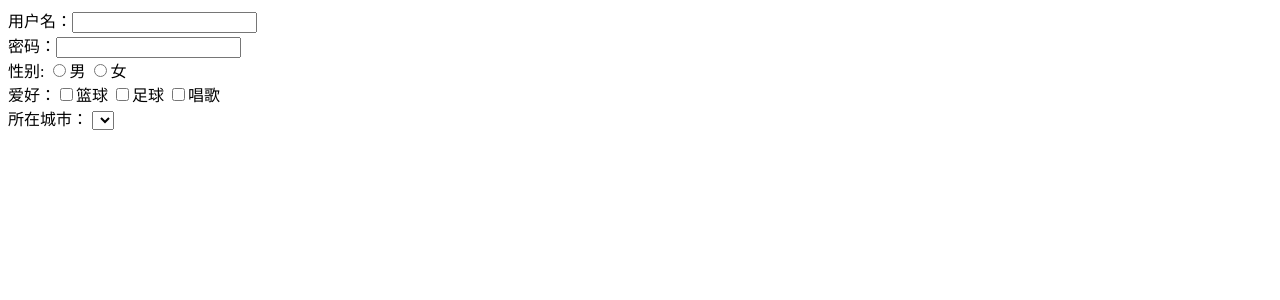
Repository: zhenyusu/j2eeDemo
Page: day09_01_HttpServletRequest/WebRoot/register.html
These files come from the project's save history. The page is drawn as it stood at one moment and after the next save; the edit follows.
The browser window is 1280 px wide. The pictures show the whole page.

Above is the page before, as saved 2018-02-22 13:25:52.

### day09_01_HttpServletRequest/WebRoot/register.html
<!DOCTYPE html PUBLIC "-//W3C//DTD HTML 4.01 Transitional//EN" "http://www.w3.org/TR/html4/loose.dtd">
<html>
<head>
<meta http-equiv="Content-Type" content="text/html; charset=UTF-8">
<title>Insert title here</title>
</head>
<body>
	<form action = "#" method = "get">
		用户名：<input type = "text" name = "username"/></br>
		密码：<input type = "password" name = "pwd"/></br>
		性别: <input type = "radio" name = "sex" value = "男"/>男
			<input type = "radio" name = "sex" value = "女"/>女</br>

		爱好：<input type = "checkbox" name = "hobby" value = "篮球"/>篮球
			<input type = "checkbox" name = "hobby" value = "足球"/>足球
			<input type = "checkbox" name = "hobby" value = "唱歌"/>唱歌</br>
		所在城市：
			<select>
			</select>
	</form>

</body>
</html>

After the next save:
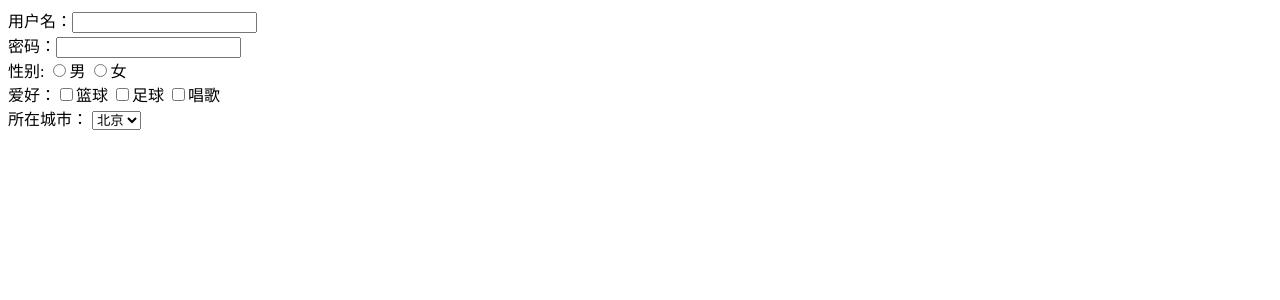
Saved 60 s later.
--- a/day09_01_HttpServletRequest/WebRoot/register.html
+++ b/day09_01_HttpServletRequest/WebRoot/register.html
@@ -15,7 +15,9 @@
 			<input type = "checkbox" name = "hobby" value = "足球"/>足球
 			<input type = "checkbox" name = "hobby" value = "唱歌"/>唱歌</br>
 		所在城市：
-			<select>
+			<select name = "city">
+				<option value = "bj">北京</option>
+
 			</select>
 	</form>
 
